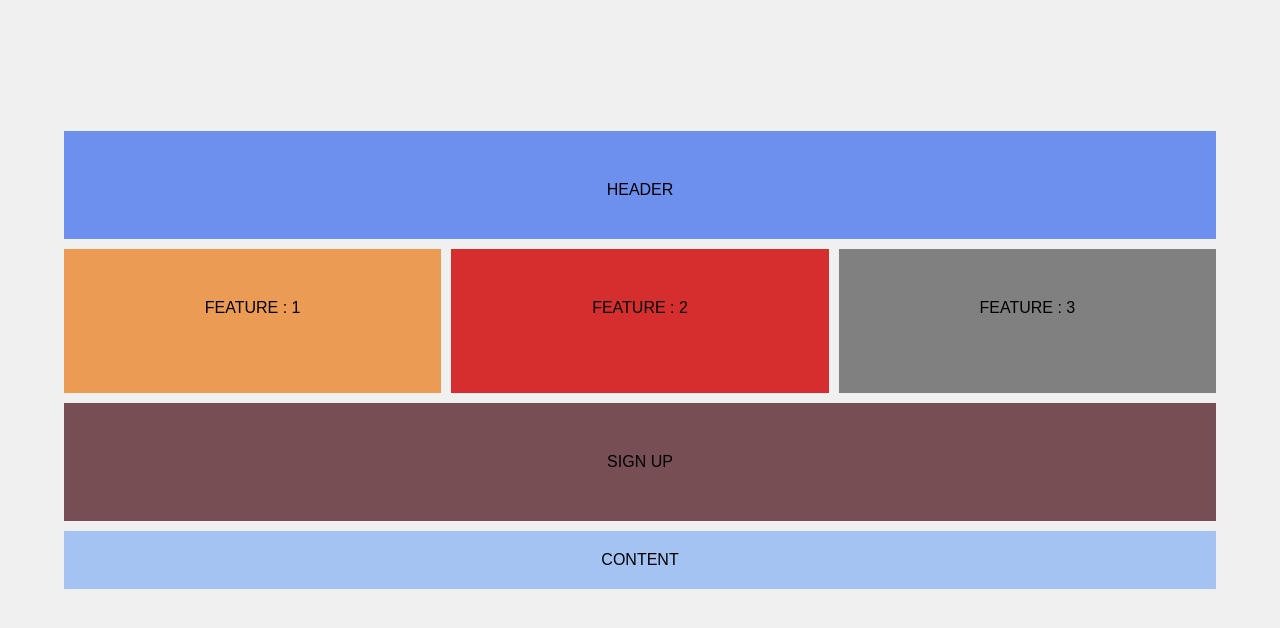
Repository: viveknaidu007/repo-152-FSD-InnomaticsTasksSep2024
Page: task_3/index.html
The author's editor kept a copy of each file at every save. The page is drawn from the files as they stood at one save, then again after the next save.
The browser window is 1280 px wide. The pictures show the whole page.

Above is the page before, as saved 2024-10-02 11:56:01.

After the next save:
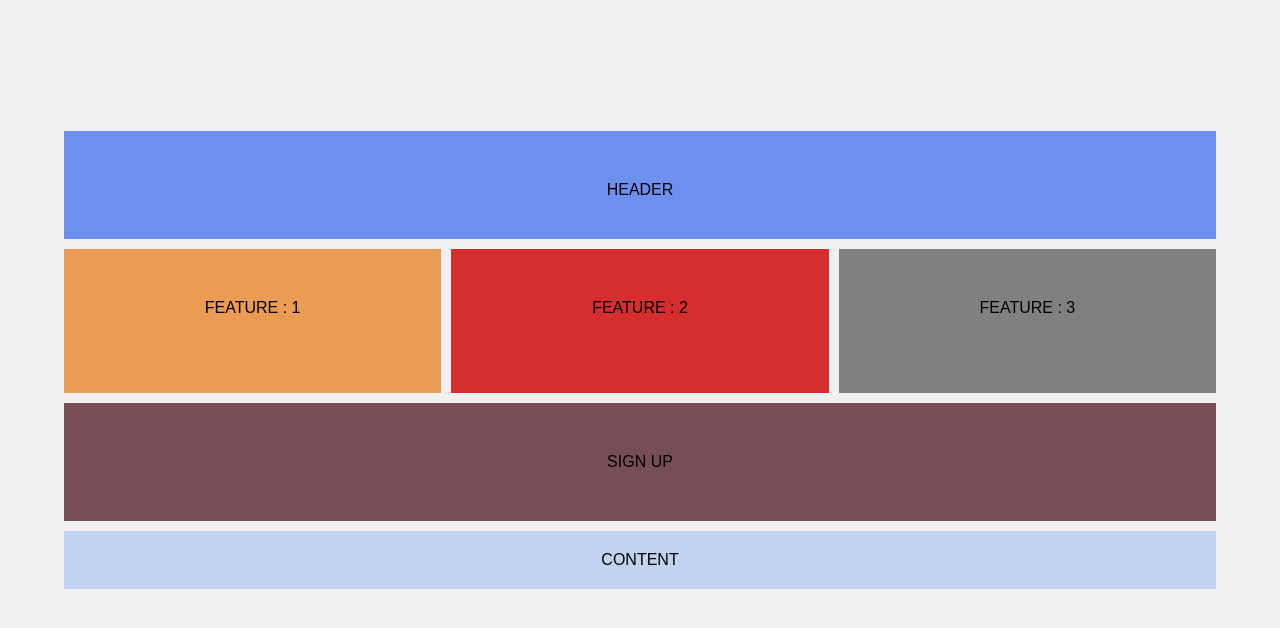
Saved 46 s later.
--- a/task_3/styles.css
+++ b/task_3/styles.css
@@ -24,7 +24,7 @@
 
   .content {
     grid-area: content;
-    background-color: #89b3f3ba;
+    background-color: #96baf083;
     text-align: center;
     padding: 20px;
   }
